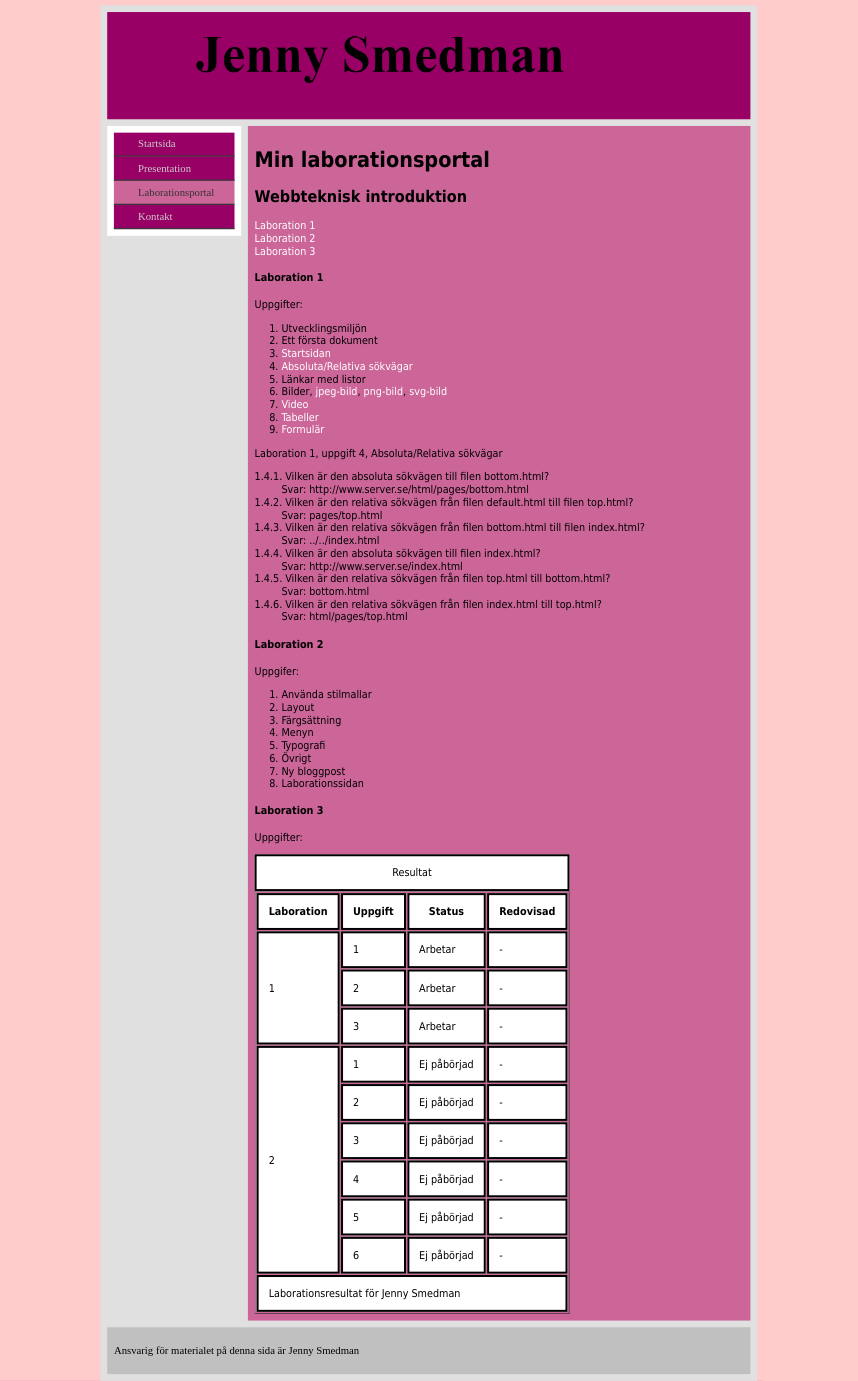
Repository: js223mx/1ik415-js223mx-laborationer
Page: pages/laborationer.html
The author's editor kept a record of every edit. The page is drawn from the files as they stood at one moment, then again after the next edit.
The browser window is 1280 px wide. The pictures show the whole page, at 67% of full size.

Above is the page before.

After the next edit:
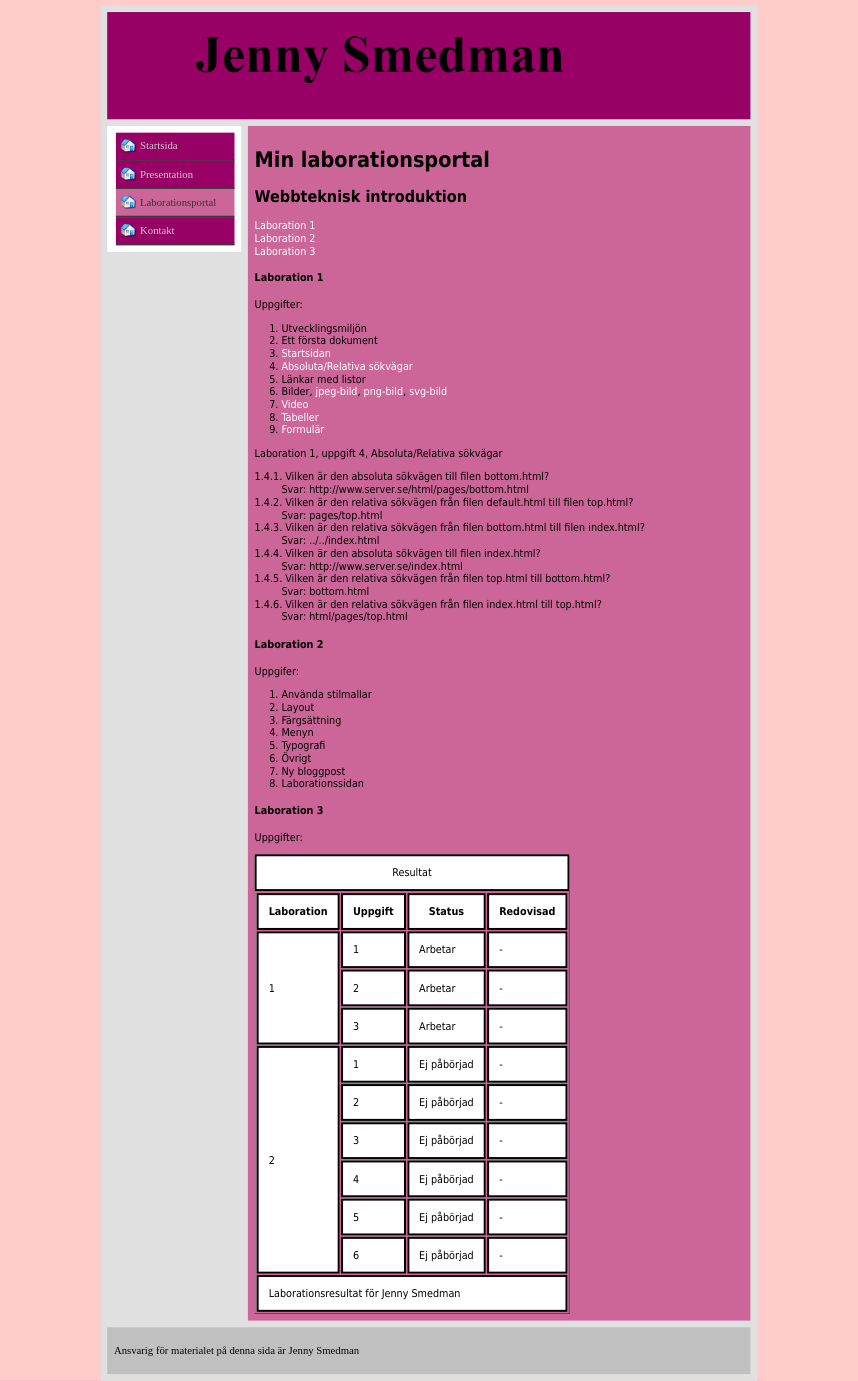
The edit:
--- a/pages/laborationer.html
+++ b/pages/laborationer.html
@@ -18,11 +18,11 @@
 
 
             <div id="navigation">
-                <ul>
-                <li><a href="../index.html">Startsida</a></li>
-                <li><a href="presentation.html">Presentation</a></li>
-                <li><a href="laborationer.html" class="active">Laborationsportal</a></li>
-                <li><a href="kontakt.html">Kontakt</a></li>
+                <ul class= navlist>
+                <li class="home"><a href="../index.html">Startsida</a></li>
+                <li class="pres"><a href="presentation.html">Presentation</a></li>
+                <li class="lab"><a href="laborationer.html" class="active">Laborationsportal</a></li>
+                <li class="kontakt"><a href="kontakt.html">Kontakt</a></li>
             </ul>
             </div>
 
